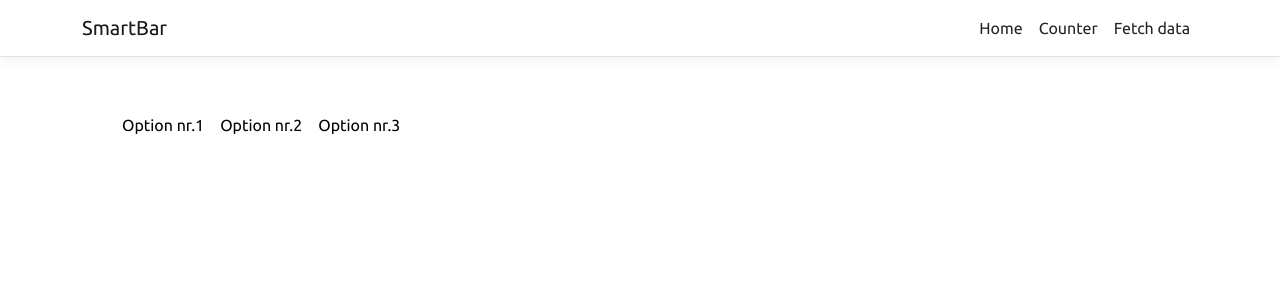
Repository: dropauteriai/SmartBarFrontEnd
Page: /
An editor plug-in stored every save of this project. The page is shown before and after a run of saves, followed by the edit.
The browser window is 1280 px wide. The pictures show the whole page.
The page's requests for data from a server got no answer. The project was rebuilt for these pictures with package versions that can differ from the ones it lists, and the page was loaded fresh each time. No one was signed in, and anything a server would have sent is missing. Also part of the build but not shown: src/components/Counter.js, src/components/FetchData.js, src/components/Card.js, src/components/SideBar.js.

Above is the page before, as saved 2023-02-14 05:52:45.

After the next 2 saves:
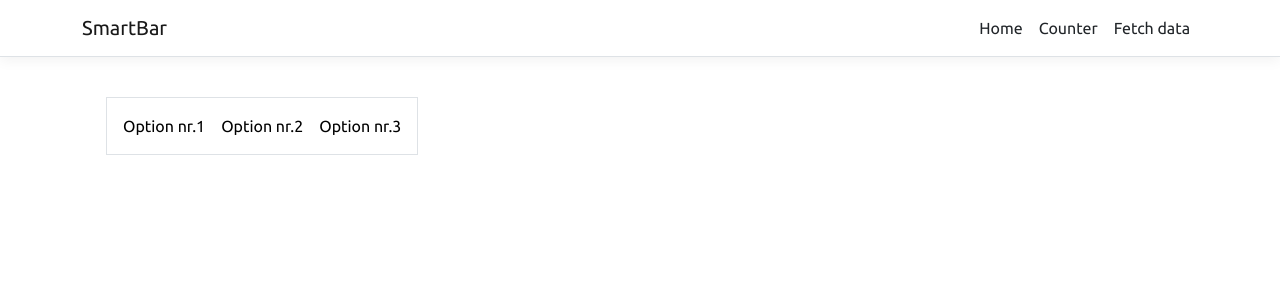
The 2 saves are shown as one change because they came seconds apart.
The last was saved 14 s later.
--- a/src/components/Popup.js
+++ b/src/components/Popup.js
@@ -3,7 +3,7 @@ import React from "react";
 export default function Popup() {
   return (
     <div className="d-inline-flex">
-      <div className="p-2 align-items-center justify-content-center">
+      <div className="p-2 align-items-center justify-content-center border borde">
         <button className="p-2 border-0 align-items-center justify-content-center bg-white">
           Option nr.1
         </button>
